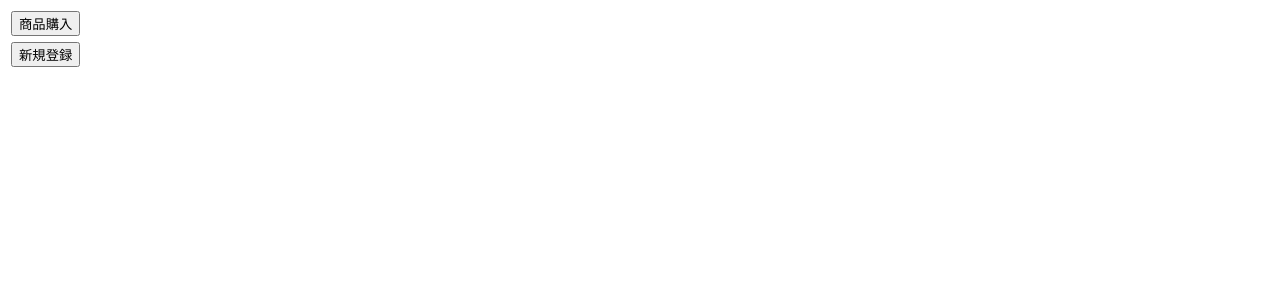
Repository: yuuukihara/test2
Page: http://localhost/0913/
The author's editor kept a copy of each file at every save. The page is drawn from the files as they stood at one save, then again after the next save.
The browser window is 1280 px wide. The pictures show the whole page.
The page is served by Tomcat 9.

Above is the page before, as saved 2018-09-15 15:41:56.

After the next save:
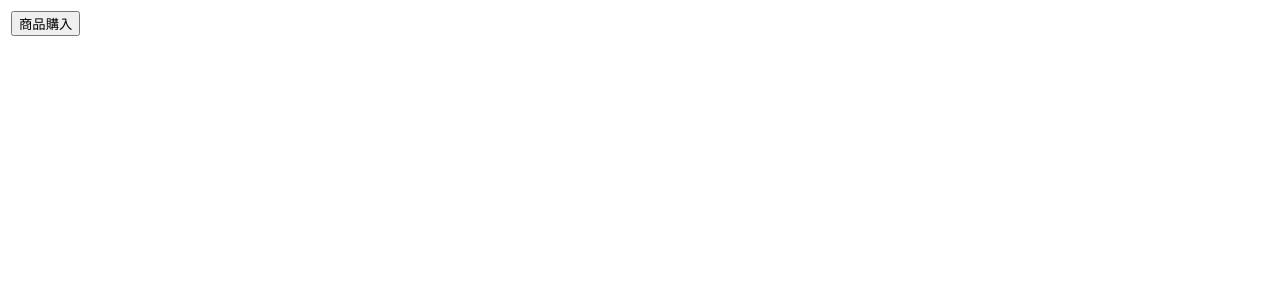
Saved 2 min 39 s later.
--- a/0913/WebContent/home.jsp
+++ b/0913/WebContent/home.jsp
@@ -14,10 +14,6 @@
 	<s:submit value="商品購入"/>
 </s:form>
 
-<s:form action ="NewUserAction">
-	<s:submit value="新規登録"/>
-</s:form>
-
 </body>
 
 </html>
